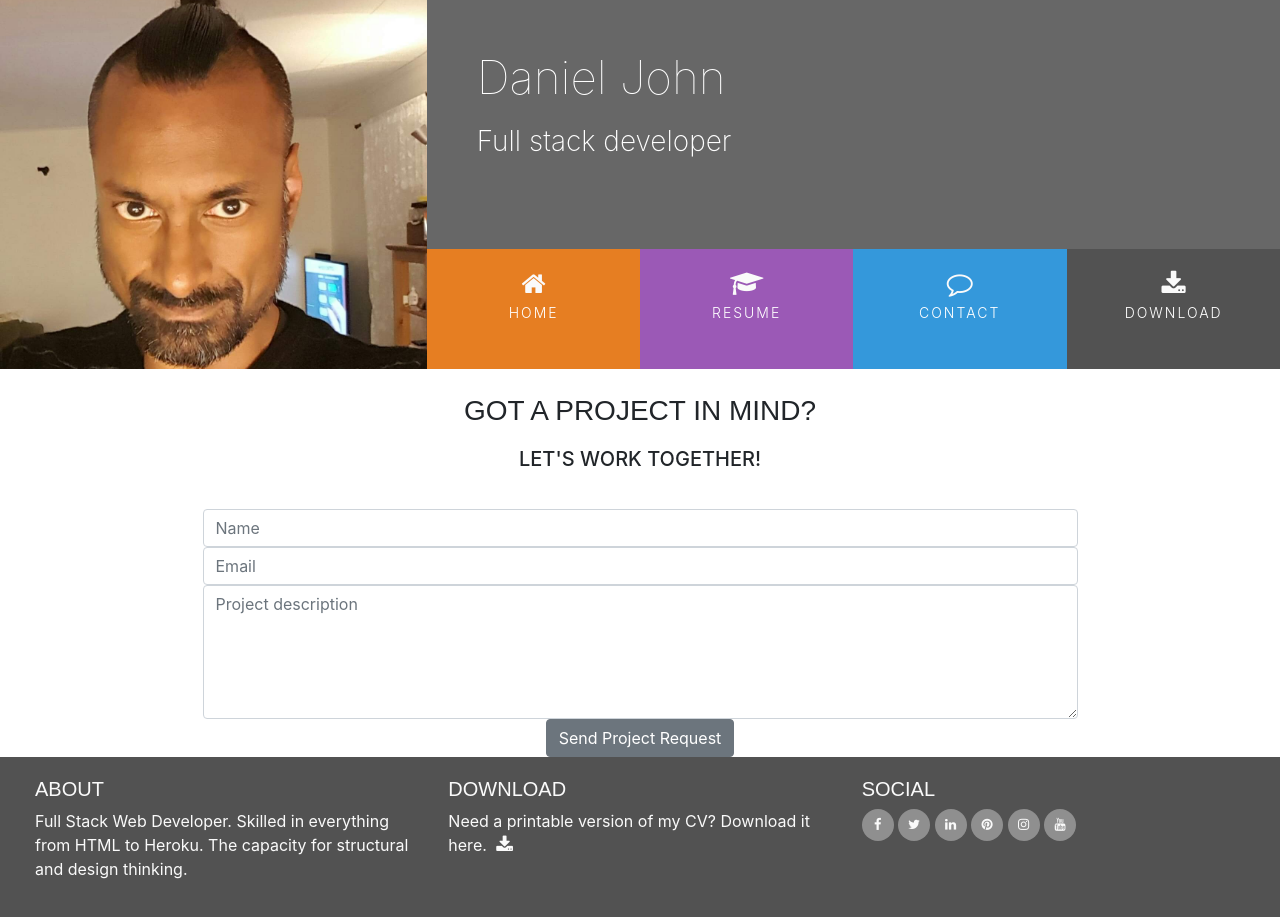
Repository: Jadehammar/initial-commit
Page: contact.html
The author's editor kept a record of every edit. The page is drawn from the files as they stood at one moment, then again after the next edit.
The browser window is 1280 px wide. The pictures show the whole page.

Above is the page before.

### contact.html
<!DOCTYPE html>
<html lang="en">

<head>
    <meta charset="UTF-8">
    <meta name="viewport" content="width=device-width, initial-scale=1.0">
    <meta http-equiv="X-UA-Compatible" content="ie=edge">
    <link rel="stylesheet" href="https://stackpath.bootstrapcdn.com/font-awesome/4.7.0/css/font-awesome.min.css" type="text/css" />
    <link rel="stylesheet" href="https://cdnjs.cloudflare.com/ajax/libs/hover.css/2.3.1/css/hover-min.css" type="text/css" />
    <link rel="stylesheet" href="https://stackpath.bootstrapcdn.com/bootstrap/4.3.1/css/bootstrap.min.css" type="text/css" />
    <link rel="stylesheet" href="assets/css/style.css" type="text/css" />
    <title>Daniel John Contact</title>
</head>

<body>
    <header>
        <div class="row no-gutters">
            <a href="index.html" class="col-md-4 logo"></a>
            <div class="col-md-8">
                <div class="row no-gutters bg-color-name-title">
                    <div class="col heading">
                        <h1 class="name">Daniel John</h1>
                        <h2 class="title">Full stack developer</h2>
                    </div>
                </div>
                <div class="row no-gutters">
                    <div class="col">
                        <ul id="nav" class="list-inline menucontainer">
                            <li class="col-6 col-sm-3 ui-menue-color-home list-inline-item menueitem">
                                <a href="#" class="hvr-sweep-to-bottom"><i class="fa fa-home" aria-hidden="true"></i><span>Home</span></a>
                            </li>
                            <li class="col-6 col-sm-3 ui-menue-color-resume list-inline-item menueitem">
                                <a href="#" class="hvr-sweep-to-bottom"><i class="fa fa-graduation-cap" aria-hidden="true"></i><span>Resume</span></a>
                            </li>
                            <li class="col-6 col-sm-3 ui-menue-color-contact list-inline-item menueitem">
                                <a href="#" class="hvr-sweep-to-bottom"><i class="fa fa-comment-o" aria-hidden="true"></i><span>Contact</span></a>
                            </li>
                            <li class="col-6 col-sm-3 ui-menue-color-download list-inline-item menueitem">
                                <a href="#" class="hvr-sweep-to-bottom"><i class="fa fa-download" aria-hidden="true"></i><span>Download</span></a>
                            </li>

                        </ul>
                    </div>
                </div>
            </div>
    </header>
    <section class="container-fluid">
        <div class="row bg-color-contact">
            <div class="col">
                <h3 class="contact-heading uppercase text-center">Got a project in mind?</h3>
                <h5 class="uppercase text-center">Let's work together!</h5>
            </div>
            <div class="container-fluid">
                <div class="center-form">
                    <form>
                        <input type="text" name="name" id="fullname" class="form-control" placeholder="Name" required />
                        <input type="email" name="email" id="emailaddress" class="form-control" placeholder="Email" required />
                        <textarea rows="5" name="projectsummary" id="projectsummary" class="form-control" placeholder="Project description" required></textarea>
                        <div class="form-row text-center">
                            <div class="col">
                                <button type="submit" class="btn btn-secondary">Send Project Request</button>
                            </div>
                        </div>
                    </form>
                </div>
            </div>

        </div>
        </div>
    </section>
    <footer class="container-fluid">
        <div id="footer-details" class="row">
            <div class="col-sm-4">
                <h5 class="uppercase general-sub">About</h5>
                <p class="inline-block">
                    Full Stack Web Developer. Skilled in everything from HTML to Heroku. The capacity for structural and design thinking.
                </p>
            </div>
            <div class="col-sm-4">
                <h5 class="uppercase general-sub">Download</h5>
                <p class="inline-block">
                    Need a printable version of my CV? Download it here.
                    <a href="#" target="_blank" class="cv-pdf">
                        <i class="fa fa-download" aria-hidden="true"></i>
                        <span class="sr-only">Download link.</span>
                    </a>
                </p>
            </div>
            <div class="col-sm-4">
                <h5 class="uppercase general-sub">Social</h5>
                <ul class="list-inline social-links">
                    <li class="list-inline-item">
                        <a target="_blank" href="#">
                            <i class="fa fa-facebook" aria-hidden="true"></i>
                            <span class="sr-only">Facebook</span>
                        </a>
                    </li>
                    <li class="list-inline-item">
                        <a target="_blank" href="#">
                            <i class="fa fa-twitter" aria-hidden="true"></i>
                            <span class="sr-only">Twitter</span>
                        </a>
                    </li>
                    <li class="list-inline-item">
                        <a target="_blank" href="#">
                            <i class="fa fa-linkedin" aria-hidden="true"></i>
                            <span class="sr-only">LinkedIn</span>
                        </a>
                    </li>
                    <li class="list-inline-item">
                        <a target="_blank" href="#">
                            <i class="fa fa-pinterest" aria-hidden="true"></i>
                            <span class="sr-only">Pinterest</span>
                        </a>
                    </li>
                    <li class="list-inline-item">
                        <a target="_blank" href="#">
                            <i class="fa fa-instagram" aria-hidden="true"></i>
                            <span class="sr-only">Instagram</span>
                        </a>
                    </li>
                    <li class="list-inline-item">
                        <a target="_blank" href="#">
                            <i class="fa fa-youtube" aria-hidden="true"></i>
                            <span class="sr-only">YouTube</span>
                        </a>
                    </li>
                </ul>
            </div>
        </div>
    </footer>
</body>

</html>

### assets/css/style.css
@import url('https://fonts.googleapis.com/css?family=Roboto:100,200,300,400,500,600,700│exo:100,200,300,400,500,600,700');

/*---------------------------------------------color-------------------------------------*/

.bg-color-name-title {
    background-color: #676767;
}

.bg-color-three-reasons {
    background-color: #fff;
}

.bg-color-personal-info {
    background-color: #f4f4f4;
}

.ui-menue-color-home {
    background-color: #e67e22;

}

.ui-menue-color-resume {
    background-color: #9b59b6;

}

.ui-menue-color-contact {
    background-color: #3498db;

}

.ui-menue-color-download {
    background-color: #525252;

}

.bg-color-work-history {
    background-color: #9b59b6;
}

.bg-color-contact {
    background-color: #fff;

}

/*---------------------------------------------Special padding/margins/text-------------------------------------*/

h1,
h2,
h3,
h4 {
    margin: 0;
}

.uppercase {
    text-transform: uppercase;
}

.general-sub {
    font-family: "Exo", sans-serif;
    font-weight: 300;
    color: #fafafa;
}

.inline-block {
    display: inline-block;
}

.row-table {
    display: table;
}

.section-column {
    display: table-cell;
    padding: 0 30px 30px;
    float: none;
}

.history-heading,
.section-heading {
    font-family: "Exo", sans-serif;
    font-weight: 300;
    margin-bottom: 40px;
    margin-top: 25px;
}

/*---------------------------------------------Heading-------------------------------------*/

header {
    margin: 0;
}

.heading {
    margin-left: 50px;

}

.logo {
    background: url("../images/närbild_p.jpg");
    background-position: center;
    background-repeat: no-repeat;
    background-size: cover;
    min-height: 360px;
    transition: all .75s ease-in-out;
    -moz-transition: all .75s ease-in-out;
    -webkit-transition: all .75s ease-in-out;
    -o-transition: all .75s ease-in-out;
}

.name {
    font-family: "Exo" sans-serif;
    font-weight: 100;
    font-size: 46px;
    margin-top: 50px;
    color: #fff;
}

.title {
    font-family: "Roboto" sans-serif;
    font-weight: 200;
    font-size: 28px;
    margin-top: 20px;
    margin-bottom: 90px;
    color: #fff;
}

.list-inline-item:not(:last-child) {
    margin: 0;
}

.menucontainer {
    font-size: 0;
}

#nav li {
    font-size: 14px;
    padding: 0;
}

#nav {
    margin: 0;
}

.menueitem {
    height: 120px;
    text-align: center;
    padding: 0;
}

.menueitem a {
    width: 100%;
    text-decoration: none;
    color: #fff;
    height: 120px;
}

.menueitem a i {
    padding-top: 22px;
    display: block;
    color: #fafafa;
    font-size: 26px;
}

.menueitem span {
    display: block;
    width: 100%;
    padding-top: 5px;
    text-align: center;
    text-transform: uppercase;
    font-size: 14px;
    font-weight: 300;
    letter-spacing: 2px;
}


/*---------------------------------------------Hover.css-------------------------------------*/

.hvr-sweep-to-bottom:before {
    background: rgba(0, 0, 0, 0.2);
    height: 120px;
}

/*---------------------------------------------Footer-------------------------------------*/

footer {
    background-color: #525252;
    color: #fafafa;
    min-height: 120px;
    margin: 0;
}

.cv-pdf i {
    font-size: 18px;
    color: #fafafa;
    text-align: center;
    padding-left: 5px;
    transition: all 0.35s ease-in-out;
    -moz-transition: all 0.35s ease-in-out;
    -webkit-transition: all 0.35s ease-in-out;
    -o-transition: all 0.35 ease-in-out;
}

.cv-pdf i:hover {
    color: #e84160;
    font-size: 19px;
}

.social-links {
    padding-bottom: 15px;
}


.social-links li a i {
    width: 32px;
    height: 32px;
    padding: 12px 0;
    border-radius: 50%;
    font-size: 13px;
    line-height: 7px;
    text-align: center;
    color: #fafafa;
    background: #8f8f8f;
    transition: all 0.35s ease-in-out;
    -moz-transition: all 0.35s ease-in-out;
    -webkit-transition: all 0.35s ease-in-out;
    -o-transition: all 0.35 ease-in-out;
}

.social-links li a i:hover {
    background: #e84610;
}

#footer-details {
    padding: 20px;
}

/*---------------------------------------------Three reasons-------------------------------------*/

.three-reasons-icon {
    font-size: 26px;
    color: #e67e22;
}

.three-reasons-heading {
    margin-bottom: 15px;
}

/*---------------------------------------------Personal info-------------------------------------*/

.personal-info-item {
    margin-bottom: 20px;
    display: block;
    clear: both;

}

.personal-info-item .key,
.personal-info-item .value {
    padding-right: 8px;
    display: inline-block;
}

.personal-info-item .key p,
.personal-info-item .value p {
    margin: 0;
}

.personal-info-item .key {
    width: 30%;
    margin-right: 21px;
    padding-top: 2px;
    vertical-align: top;

}

.personal-info-item .key p {
    font-weight: 700;
}

.personal-info-item .value {
    position: relative;
    width: 60%;

}

/*---------------------------------------------Skills-------------------------------------*/

.progress {
    position: relative;
    height: 25px;
    margin-bottom: 4px;
}

.progress-type {
    position: absolute;
    left: 0px;
    font-weight: 400;
    padding: 3px 30px 2px 10px;
    color: #fafafa;
    background-color: rgba(25, 25, 25, 0.2);
}

.progress-section {
    margin: 40px 20px;

}

/*---------------------------------------------Work-history-------------------------------------*/

.history-heading {
    color: #fafafa;
    margin-bottom: 50px;
}

.timeline-item {
    padding: 4em 2em 0em 2em;
    position: relative;
    color: #fafafa;
    border-left: 1px solid;
}

.timeline-item p {
    padding: 0;
    margin: 0;
}

.timeline-item:before {
    content: attr(data-dates);
    position: absolute;
    left: 2.5em;
    top: 3em;
    display: block;
    font-family: "Exo", sans-serif;
    font-weight: 500;
    font-size: 0.8em;
    padding: 0;
    margin: 0;
}

.timeline-item:after {
    width: 12px;
    height: 12px;
    display: block;
    top: 2.4em;
    position: absolute;
    left: -6px;
    border-radius: 12px;
    content: '';
    background: #fafafa;
}

.history-items {
    margin-bottom: 30px;
}

/*---------------------------------------------Contact-form-------------------------------------*/

.contact-heading {
    font-family: "Exo", sans-serif;
    font-weight: 300;
    margin-top: 25px;
    margin-bottom: 20px;

}

.center-form {
    padding-top: 10px;
    margin: 0 auto;
    max-width: 70%;
}

button [type="submit"] {
    margin-top: 15px;
    margin-bottom: 20px;
    background-color: #e84610;
}

/*---------------------------------------------Media-query-------------------------------------*/

@media(min-width: 992px) {
    .center-form {
        padding-top: 30px;
        min-height: 240;

        margin: 0 auto;
        max-width: 70%;
    }
}

After the next edit:
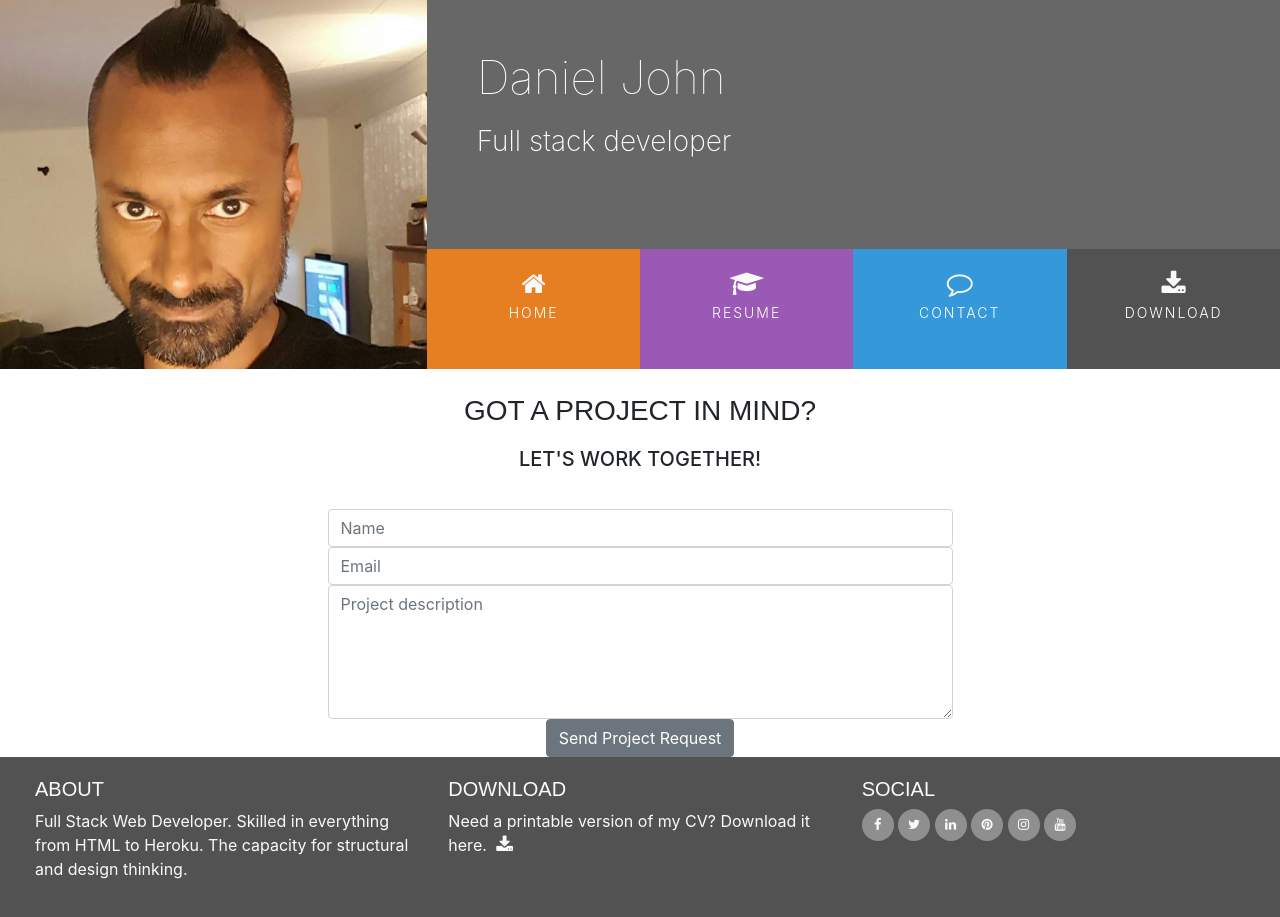
The edit:
--- a/assets/css/style.css
+++ b/assets/css/style.css
@@ -383,6 +383,6 @@
         min-height: 240;
 
         margin: 0 auto;
-        max-width: 70%;
+        max-width: 50%;
     }
 }
